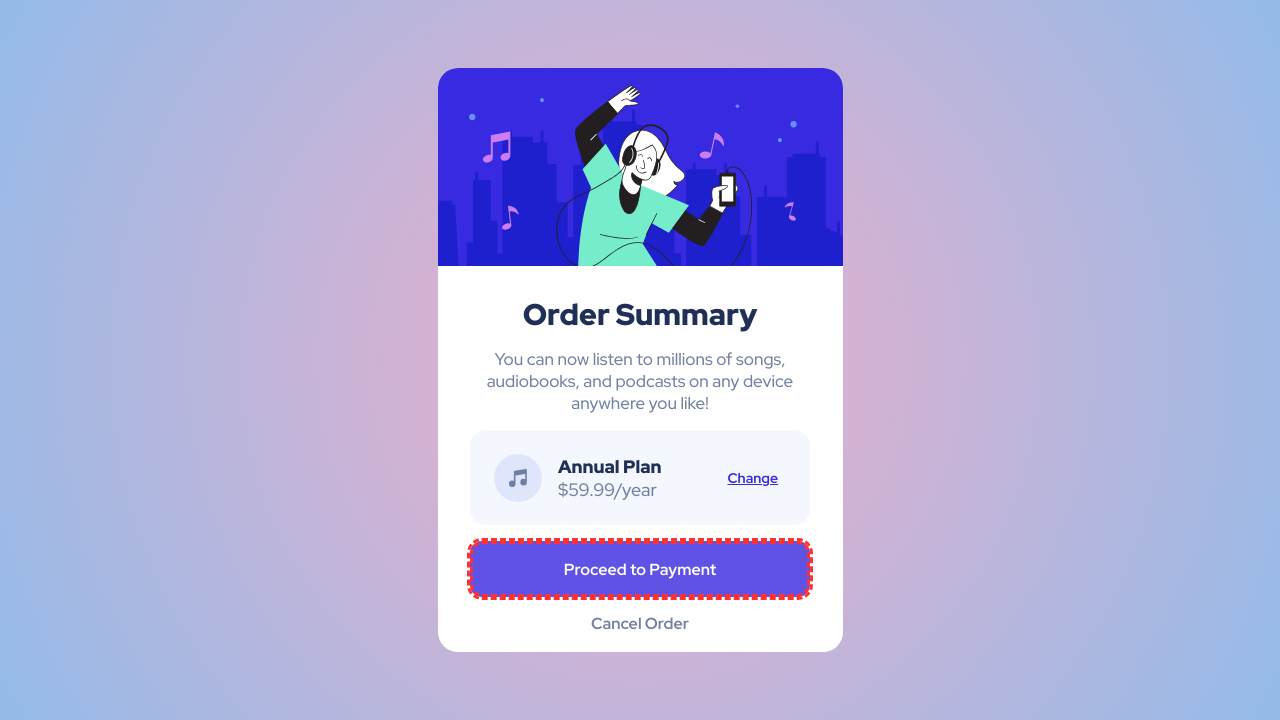
Repository: KamoliddinGIT/order-summary-card
Page: index.html
The author's editor kept a copy of each file at every save. The page is drawn from the files as they stood at one save, then again after the next save.
The browser window is 1280 px wide. The pictures show the whole page.
The first visible `.apply__btn` is being pressed.

Above is the page before, as saved 2023-09-13 11:07:30.

After the next save:
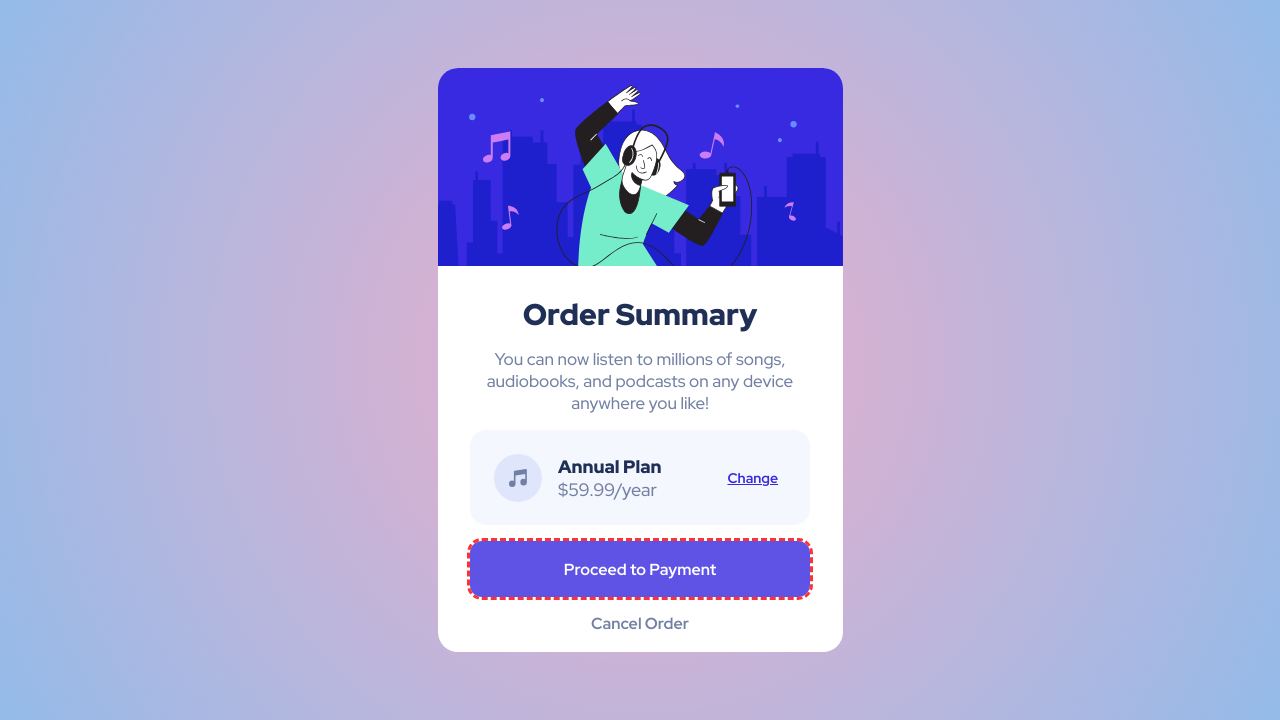
Saved 4 s later.
--- a/css/style.css
+++ b/css/style.css
@@ -110,7 +110,7 @@
 
 .apply__btn:active {
   outline: 3px dashed red;
-  border: 3px dashed red;
+  /* border: 3px dashed red; */
 }
 
 .cancel__btn {
